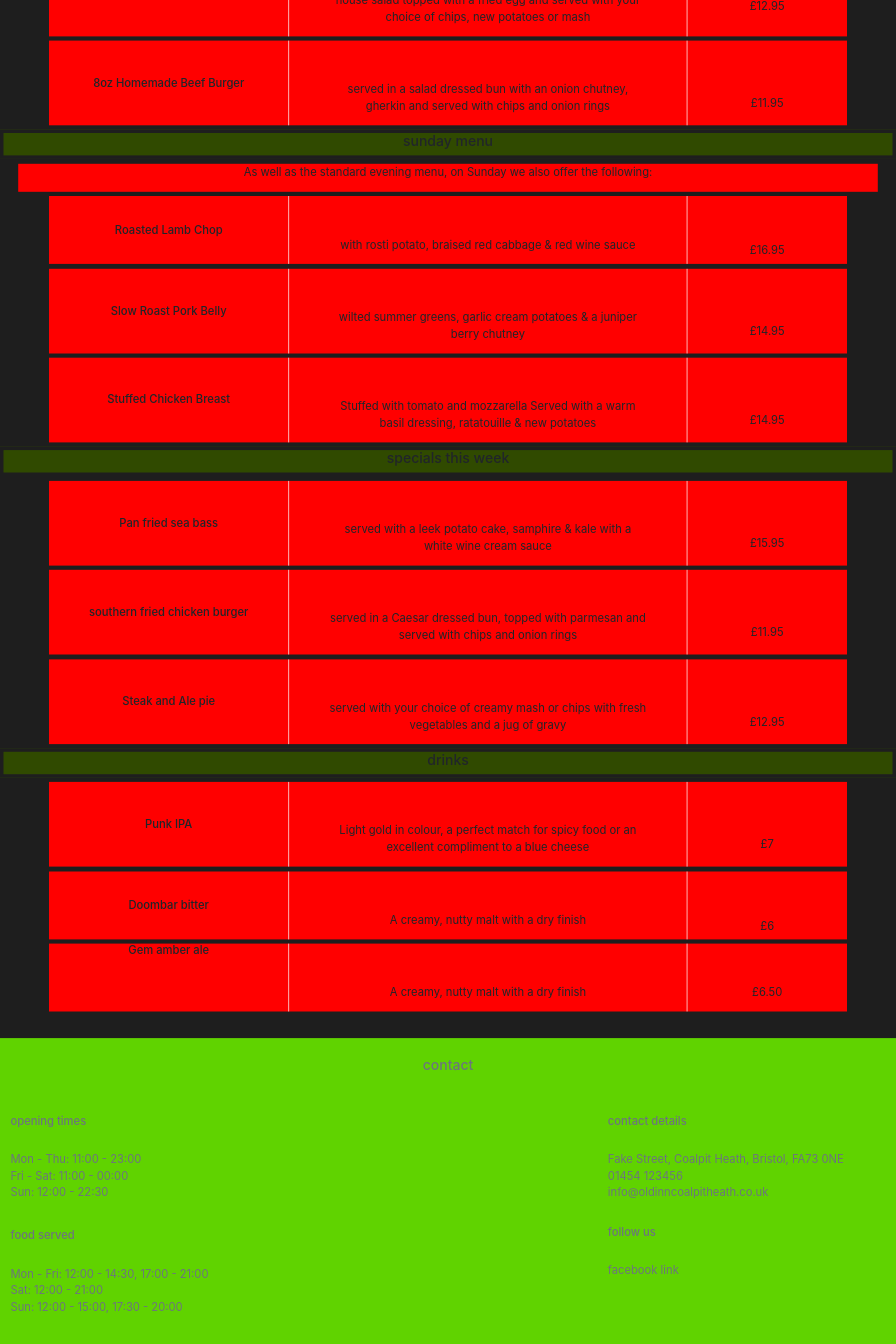
Repository: Code-Institute-Submissions/JamesLStudent-Milestone_One
Page: menu.html
The author's editor kept a record of every edit. The page is drawn from the files as they stood at one moment, then again after the next edit.
The browser window is 1280 px wide. The pictures show the part of the page from y = 2090 to 4010 px (the page is 4010 px tall), at 70% of full size.

Above is the page before.
Console error: TypeError: Cannot read properties of undefined (reading 'fn')

After the next edit:
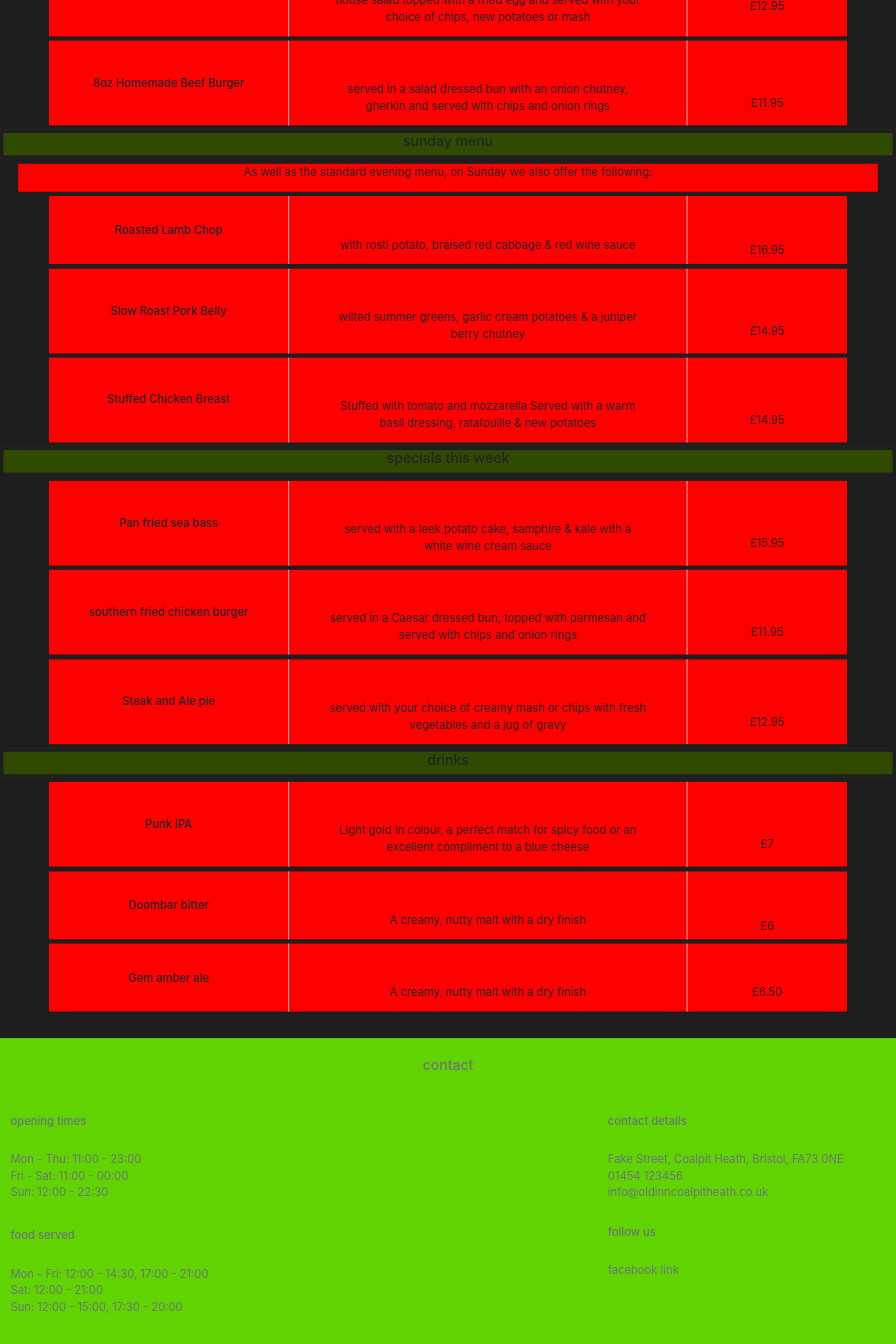
The edit:
--- a/menu.html
+++ b/menu.html
@@ -379,7 +379,7 @@
         <div class="alt-link container">
             <div class="row">
                 <span class="food">
-                    <h6>Gem amber ale</h6>
+                    <h6 class="vert-align">Gem amber ale</h6>
                 </span>
                 <span class="food-desc">
                     <p>A creamy, nutty malt with a dry finish</p>
